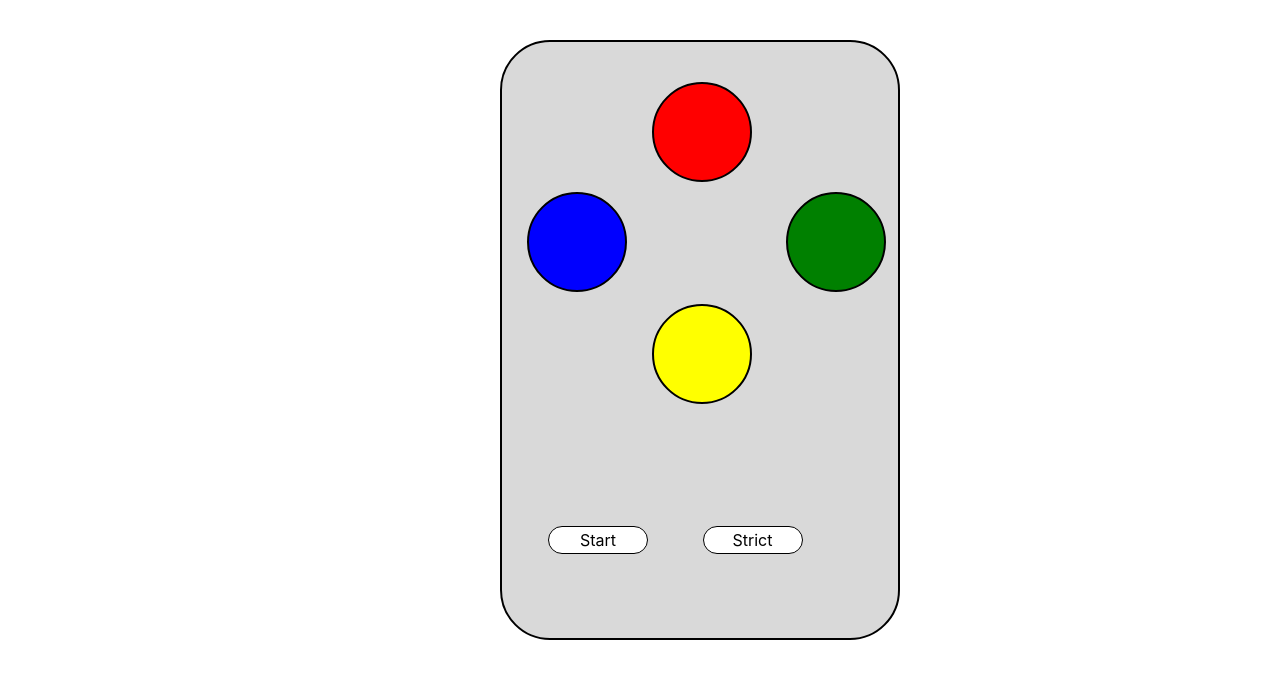
Repository: Code-Institute-Submissions/The-Simon-Game
Page: index.html
The author's editor kept a record of every edit. The page is drawn from the files as they stood at one moment, then again after the next edit.
The browser window is 1280 px wide. The pictures show the whole page.

Above is the page before.

After the next edit:
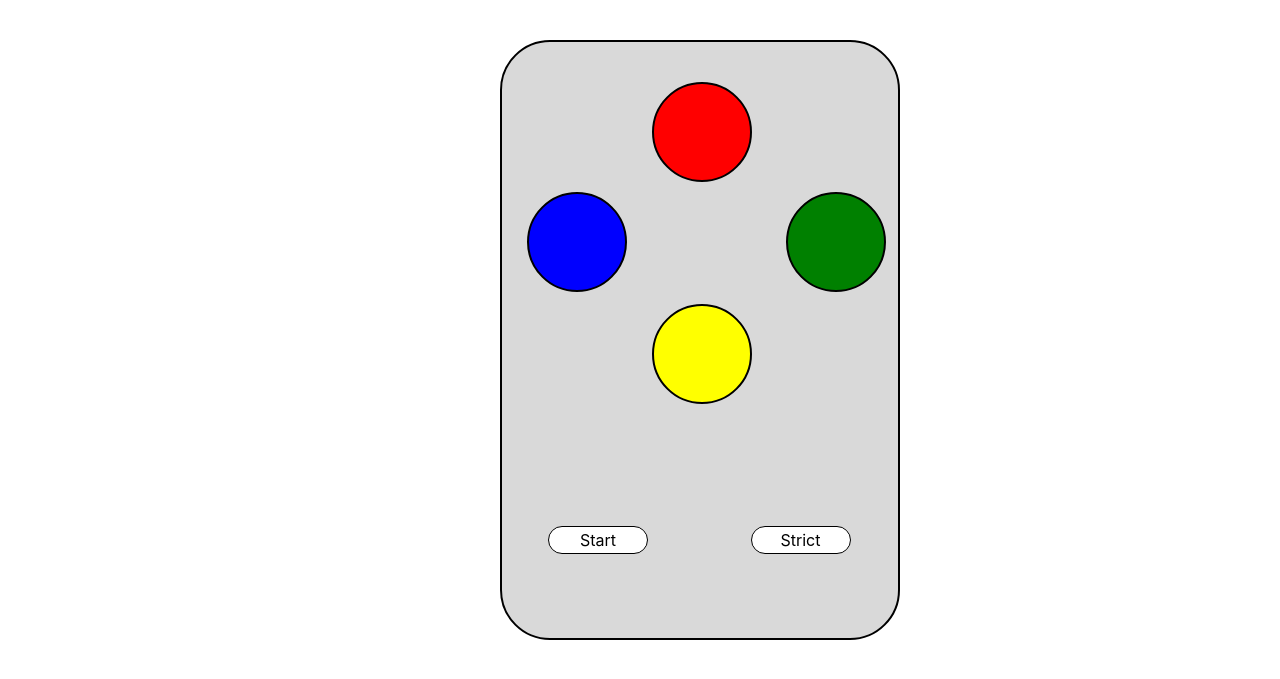
The edit:
--- a/css/style.css
+++ b/css/style.css
@@ -71,7 +71,7 @@
 
 .strict_button {
     width: 100px;
-    margin-left: 50px;
+    margin-left: 98px;
     border-radius: 50px;
     border: 1px solid black;
     background-color: white;
